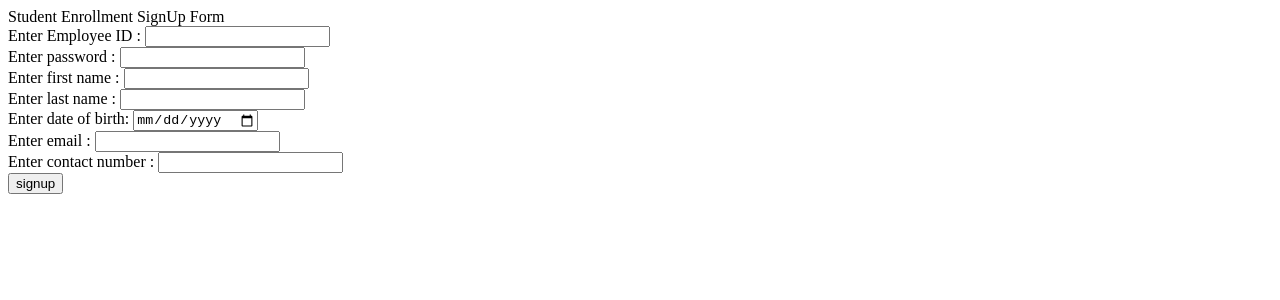
Repository: adarshsingh011/demoapp
Page: http://localhost/demoapp/signup.jsp
An editor plug-in stored every save of this project. The page is shown before and after the next save, followed by the edit.
The browser window is 1280 px wide. The pictures show the whole page.
The page is served by Tomcat 10.

Above is the page before, as saved 2022-03-17 08:45:57.

After the next save:
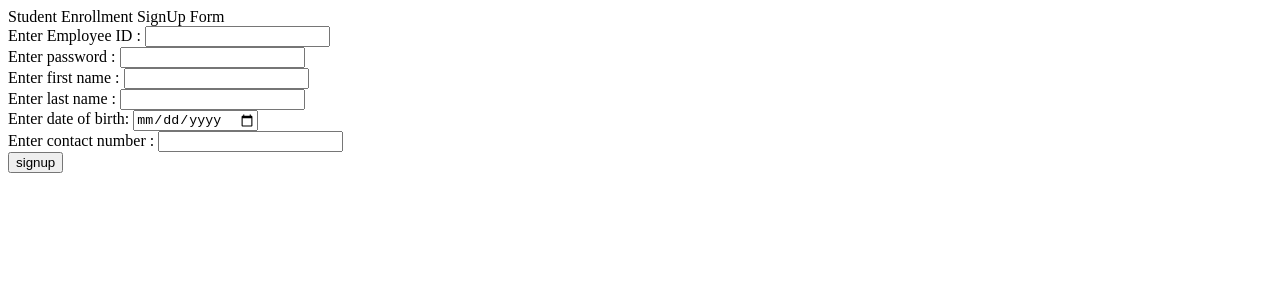
Saved 65 s later.
--- a/demoapp/src/main/webapp/signup.jsp
+++ b/demoapp/src/main/webapp/signup.jsp
@@ -14,7 +14,6 @@
 			Enter first name : <input type="text" name="fname"><br>
 			Enter last name : <input type="text" name="lname"><br>
 			Enter date of birth: <input type="date" name="dob"><br>
-			Enter email : <input type="email" name="email"><br>
 			Enter contact number : <input type="text" name="contact"><br>
 			<input type="submit" value="signup">
 
